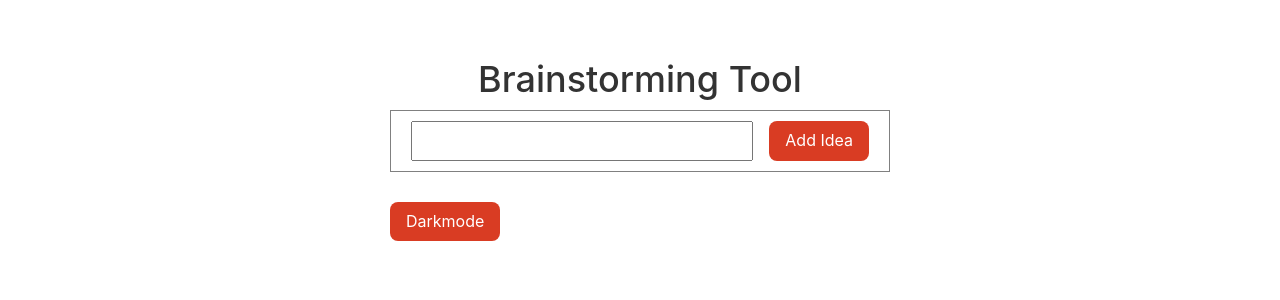
Repository: MateoD-0700/brainstorming-tool-v1
Page: /
The author's editor kept a copy of each file at every save. The page is drawn from the files as they stood at one save, then again after the next save.
The browser window is 1280 px wide. The pictures show the whole page.
The project was rebuilt for these pictures with package versions that can differ from the ones it lists, and the page was loaded fresh each time.

Above is the page before, as saved 2021-10-14 00:36:10.

After the next save:
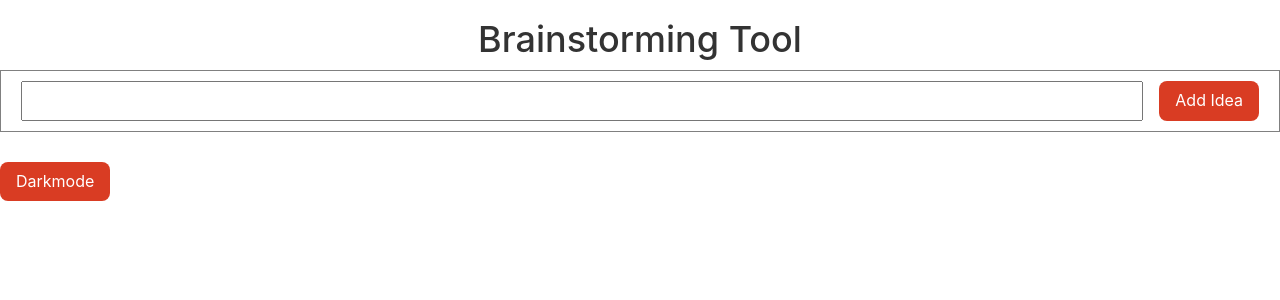
Saved 72 s later.
--- a/src/App.js
+++ b/src/App.js
@@ -78,7 +78,7 @@
   }
 
   return (
-    <div id="todo-list">
+    <div id=" container todo-list">
       <h1>Brainstorming Tool</h1>
       <form onSubmit={handleSubmit}>
         <input

After the save that followed:
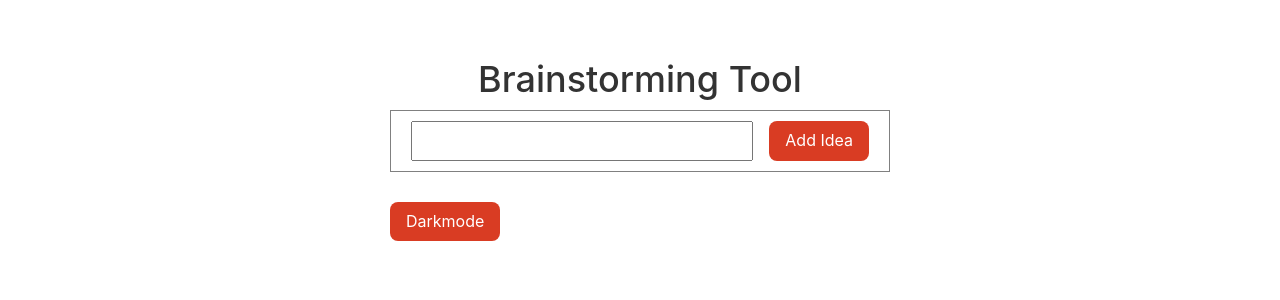
Saved 57 s later.
--- a/src/App.js
+++ b/src/App.js
@@ -78,7 +78,7 @@
   }
 
   return (
-    <div id=" container todo-list">
+    <div id="todo-list">
       <h1>Brainstorming Tool</h1>
       <form onSubmit={handleSubmit}>
         <input
